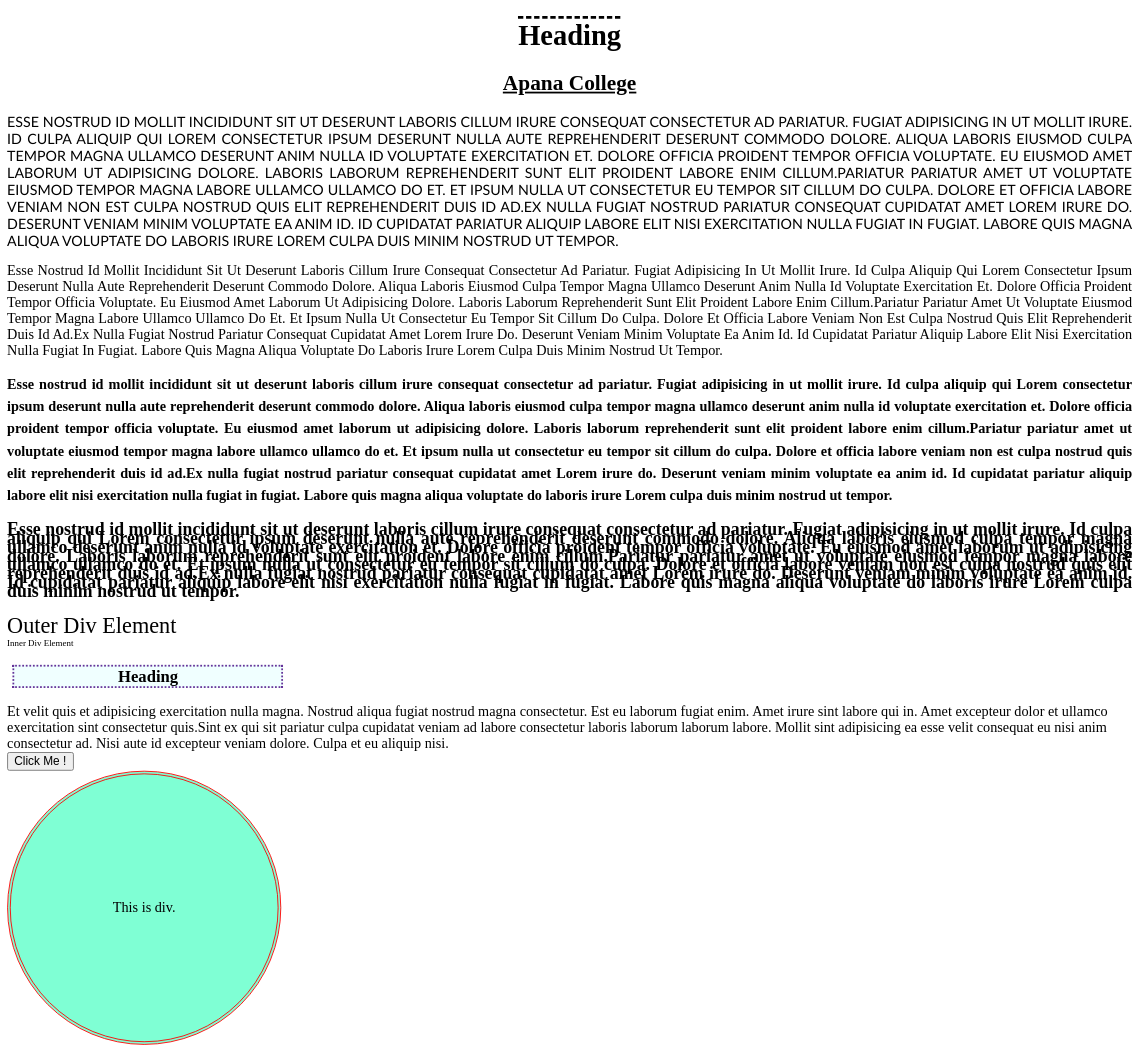
Repository: rakeshkolpepatil/CSS_Apana_College
Page: index.html
The author's editor kept a copy of each file at every save. The page is drawn from the files as they stood at one save, then again after the next save.
The browser window is 1280 px wide. The pictures show the whole page, at 89% of full size.

Above is the page before, as saved 2023-06-22 21:36:12.

After the next save:
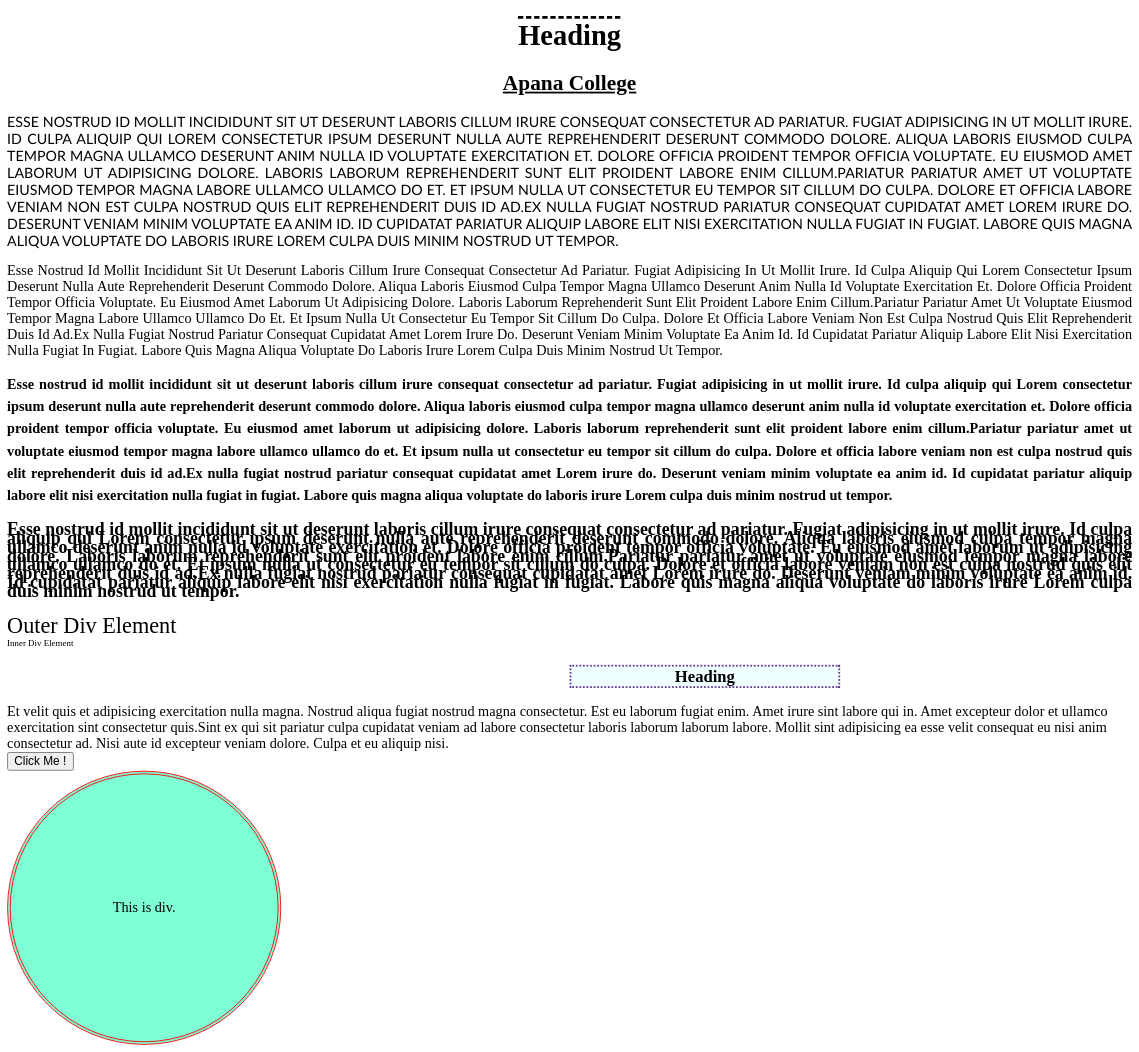
Saved 14 s later.
--- a/styleTwo.css
+++ b/styleTwo.css
@@ -69,7 +69,7 @@ h3{
   display: inline-flex;
   justify-content: center;
   align-items:center;
-  margin-left: 0.5vw;
+  margin-left: 50%;
   /* text-align: center; */
   border: 2px dotted rebeccapurple;
   width: 300px;
